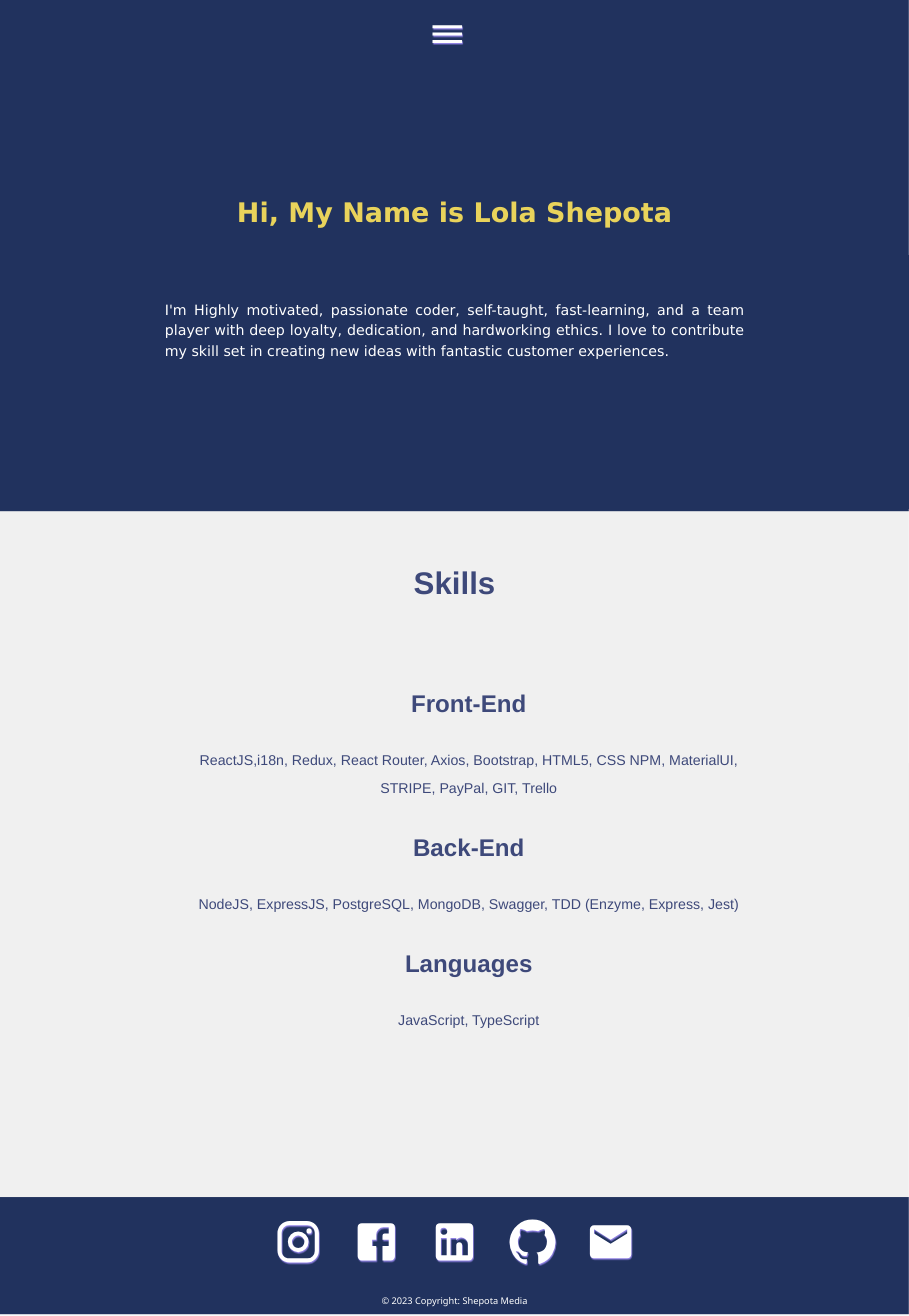
Repository: LolaSL/react-portfolio
Page: /
An editor plug-in stored every save of this project. The page is shown before and after the next save, followed by the edit.
The browser window is 1280 px wide. The pictures show the whole page, at 71% of full size.
The project was rebuilt for these pictures with package versions that can differ from the ones it lists, and the page was loaded fresh each time. Also part of the build but not shown: src/components/ProjectItem/ProjectItem.jsx, src/helpers/ProjectList.js, src/pages/Projects/Style.css, src/pages/Projects/Projects.jsx, src/pages/Experience/Style.css, src/pages/Experience/Experience.jsx, src/pages/ProjectDetail/ProjectDetail.jsx, src/pages/Contact/Style.css and 1 more.

Above is the page before, as saved 2023-07-01 20:04:37.

### src/App.js
import './App.css';
import { BrowserRouter as Router, Routes, Route } from 'react-router-dom';
import Home from './pages/Home/Home.jsx';
import Projects from './pages/Projects/Projects.jsx';
import Experience from './pages/Experience/Experience.jsx';
import Navbar from "./components/Navbar/Navbar.jsx";
import Footer from './components/Footer/Footer.jsx';
import ProjectDetail from './pages/ProjectDetail/ProjectDetail';
import Contact from './pages/Contact/Contact';


function App() {
  return (
    <div className="App">
      <Router>
      <Navbar />
        <Routes>
          <Route path="/" element={<Home />} />
          <Route path="/projects" element={<Projects />} />
          <Route path="/project/:id" element={<ProjectDetail />} />
          <Route path="/experience" element={<Experience />} />
          <Route path="/contact" element ={<Contact/>}/>
        </Routes>
        <Footer />
      </Router>
    </div>
  );
}

export default App;

### src/App.css
.App {
  width: 100%;
  height: auto;
  display: flex;
  flex-direction: column;
  font-family:'Segoe UI', Tahoma, Geneva, Verdana, sans-serif;
  background-color: #f0f0f0;
}

body {
  padding: 0;
  margin: 0;
}

### src/pages/Home/Home.jsx
import React from "react";
import "./Style.css";

const Home = () => {
  return (
    <div className="home">
      <div className="about">
        <h1> Hi, My Name is Lola Shepota</h1>
        <div className="prompt">
          <p>
             I'm Highly motivated, passionate
            coder, self-taught, fast-learning, and a team player with deep
            loyalty, dedication, and hardworking ethics. I love to contribute my
            skill set in creating new ideas with fantastic customer experiences.
          </p>
        </div>
      </div>
      <div className="skills">
        <h2> Skills</h2>
        <ol className="list">
          <li className="item">
            <h3> Front-End</h3>
            <span>
              ReactJS,i18n, Redux, React Router, Axios, Bootstrap, HTML5, CSS
              NPM, MaterialUI, STRIPE, PayPal, GIT, Trello
            </span>
          </li>
          <li className="item">
            <h3>Back-End</h3>
            <span>
              NodeJS, ExpressJS, PostgreSQL, MongoDB, Swagger, TDD (Enzyme,
              Express, Jest)
            </span>
          </li>
          <li className="item">
            <h3>Languages</h3>
            <span>JavaScript, TypeScript</span>
          </li>
        </ol>
      </div>
    </div>
  );
};

export default Home;

### src/components/Navbar/Navbar.jsx
import React, { useEffect, useState } from "react";
import { Link, useLocation } from "react-router-dom";
import DehazeIcon from "@mui/icons-material/Dehaze";
import "./Style.css";

const Navbar = () => {
  const [expandNavbar, setExpandNavbar] = useState(false);
  const location = useLocation();
  useEffect(() => {
    setExpandNavbar(false);
  }, [location]);
  return (
    <div className="navbar" id={expandNavbar ? "open" : "close"}>
      <div className="toggleButton">
        <button
          onClick={() => {
            setExpandNavbar((prev) => !prev);
          }}
        >
          <DehazeIcon />
        </button>
      </div>
      <div className="links">
        <Link to="/"> Home </Link>
        <Link to="/projects"> Projects </Link>
        <Link to="/experience"> Experience </Link>
        <Link to="/contact"> Contact </Link>
      </div>
    </div>
  );
};

export default Navbar;

### src/components/Footer/Footer.jsx
import React from "react";
import InstagramIcon from "@mui/icons-material/Instagram";
import FacebookIcon from "@mui/icons-material/Facebook";
import LinkedInIcon from "@mui/icons-material/LinkedIn";
import GitHubIcon from "@mui/icons-material/GitHub";
import EmailIcon from "@mui/icons-material/Email";
import "./Style.css";

const Footer = () => {
  return (
    <div className="footer">
      <div className="socialMedia">
        <InstagramIcon />
        <FacebookIcon />
        <LinkedInIcon />
        <GitHubIcon />
        <a href="mailto:lolashepota@gmail.com?subject=Mail from my Website">
            <EmailIcon />
          </a>
      </div>
      <div className="copyright">
        <p>&copy; {new Date().getFullYear()} Copyright: Shepota Media</p>
      </div>
    </div>
  );
};

export default Footer;

### src/pages/Home/Style.css
.home {
    width: 100%;
    align-items: center;
    font-family: "Helvetica Neue",Helvetica;
    color: #3e497a;


  }

  .about {
    width: 100%;
    height: calc(100vh - 100px);
    display: flex;
    flex-direction: column;
    justify-content: center;
    align-items: center;
    text-align: center;
    background-color: #21325e;
    color: #f0f0f0;
  }

  .about h1 {
    font-family:Verdana, Geneva, Tahoma, sans-serif;
    font-size: 38px;
    color: #e9d35b;
    height: 50px;
    margin-bottom: 25px;
  }

  .about .prompt {
    width: 50%;
    font-size: 30px;
  }
   .prompt p {
    font-size: 20px;
    text-align: justify;
    font-family: Verdana, Geneva, Tahoma, sans-serif;
    line-height: 29px;
    padding: 40px;
   }
  .skills {
    font-size: 35px;
    width: 100%;
    display: flex;
    justify-content: center;
    flex-direction: column;
    align-items: center;
    margin-top: 40px;
  }

  .skills h2 {
    color: #3e497a;
    font-size: 44px;
    margin-bottom: 40px;
  }
  .skills h3 {
    color: #3e497a;
    font-size: 34px;
    margin-top: 50px;;
  }

  .skills .list {
    list-style: none;
    width: 60%;
  }

  .list span {
    font-size: 20px;
  }


    .about .prompt {
      margin-top: 10px;
      font-size: 20px;
      width: 70%;
    }

    .skills {
      text-align: center;
    }


    @media only screen and (max-width: 1300px) {
      .about h2 {
        font-size: 48px;
      }

  }
    @media only screen and (max-width: 800px) {
      .about h2 {
        font-size: 38px;
      }

  }
    @media only screen and (max-width: 600px) {
      .about h2 {
        font-size: 28px;
      }
      .about .prompt {
        margin-top: 10px;
        font-size: 20px;
        width: 80%;
      }

      .skills {
        text-align: center;
      }
      .list {
        padding: 20px;
      }

      .skills h2 {
        font-size: 40px;
        margin-bottom: 20px;
      }
      .skills h3 {
        font-size: 30px;
        margin-top:30px;
      }
  }

### src/components/Navbar/Style.css
.navbar {
  width: 100%;
  height: 100px;
  background: #21325e;
}

.links {
  width: 100%;
  height: 100%;
  display: flex;
  align-items: center;
  justify-content: center;
  color: white;

}

.navbar a {
  color: white;
  margin: 20px;
  font-size: 25px;
  text-decoration: none;
}

.toggleButton {
  width: 100%;
  height: 100px;
  display: flex;
  align-items: center;
  justify-content: center;
}

.toggleButton svg {
  font-size: 50px;
}
.toggleButton button {
  margin-right: 20px;
  background-color: transparent;
  border: none;
  color: white;
  cursor: pointer;
}

#open {
  height: 55vh;
}

#open .links {
  flex-direction: column;
  /* justify-content: flex-start; */
  margin-top: 80px;
}

#open a {
  width: 100%;
  text-align: center;
}

@media only screen and (max-width: 900px) {
  .navbar a {
    width: 75px;
  }
}

@media only screen and (max-width: 600px) {
  .navbar.toggleButton {
    display: flex;
  }
  #close a {
    display: none;
  }
}

@media only screen and (min-width: 600px) {
  .navbar.toggleButton {
    display: none;
  }

  .hiddenLinks {
    display: none;
  }

  #open {
    height: 60px;
  }

  #open .links {
    flex-direction: row;
    display: flex;

  }
}

### src/components/Footer/Style.css
.footer {
    width: 100%;
    height: 155px;
    background: #21325e;
    display: flex;
    justify-content: center;
    align-items: center;
    flex-direction: column;
    padding-top: 10px;
    margin-top: 200px;
  }

  .socialMedia svg{
    color: white;
    margin: 20px;
    font-size: 70px;
    cursor: pointer;
  }

p {
    color: white;
    font-size: small;
  }

  @media only screen and (max-width: 600px) {
    .footer svg {
      font-size: 50px;
    }
  }

### src/pages/ProjectDetail/Style.css
.project {
  width: 100%;
  height: calc(100vh - 100px);
  display: flex;
  justify-content: center;
  align-items: center;
  flex-direction: column;
}

.project > h1 {
  margin-bottom: 50px;
  color: #3e497a;
  font-size: 2rem;
}
.project img {
  max-width: 700px;
  border-radius: 10px;
  margin-bottom: 40px;
}

.project h3 {
  font-size: 1rem;
  color: #3e497a;
  padding: 50px;
  text-align: justify;
}
a {
  text-decoration: none;
  color: rgb(11, 37, 185);
  font-weight: lighter;
}
a:hover {
  text-decoration: none;
  color: rgb(188, 188, 24);
  font-weight: bold;
  transition: all ease 0.3s;
  cursor: pointer;
  text-shadow: 0 0 0.625em rgb(203, 211, 56);
}
.project svg {
  font-size: 60px;
  color: #3e497a;
}
.project svg:hover {
  color: #2d2d84;
  cursor: pointer;
}
svg {
  filter: drop-shadow(1px 2px 1px rgb(144, 130, 227));
}
@media only screen and (max-width: 1300px) {
  .project img {
    max-width: 500px;
    border-radius: 8px;
  }
  h1 {
    font-size: 1.8rem;
  }
  h3 {
    font-size: 1.2rem;
  }
}

@media only screen and (max-width: 800px) {
  .project img {
    max-width: 374px;
    border-radius: 6px;
  }
  h1 {
    font-size: 1.5rem;
  }
  h3 {
    font-size: 0.5rem;
  }
}

Loaded but not shown: public/index.html (common file); src/index.js (common file); src/reportWebVitals.js (common file)

After the next save:
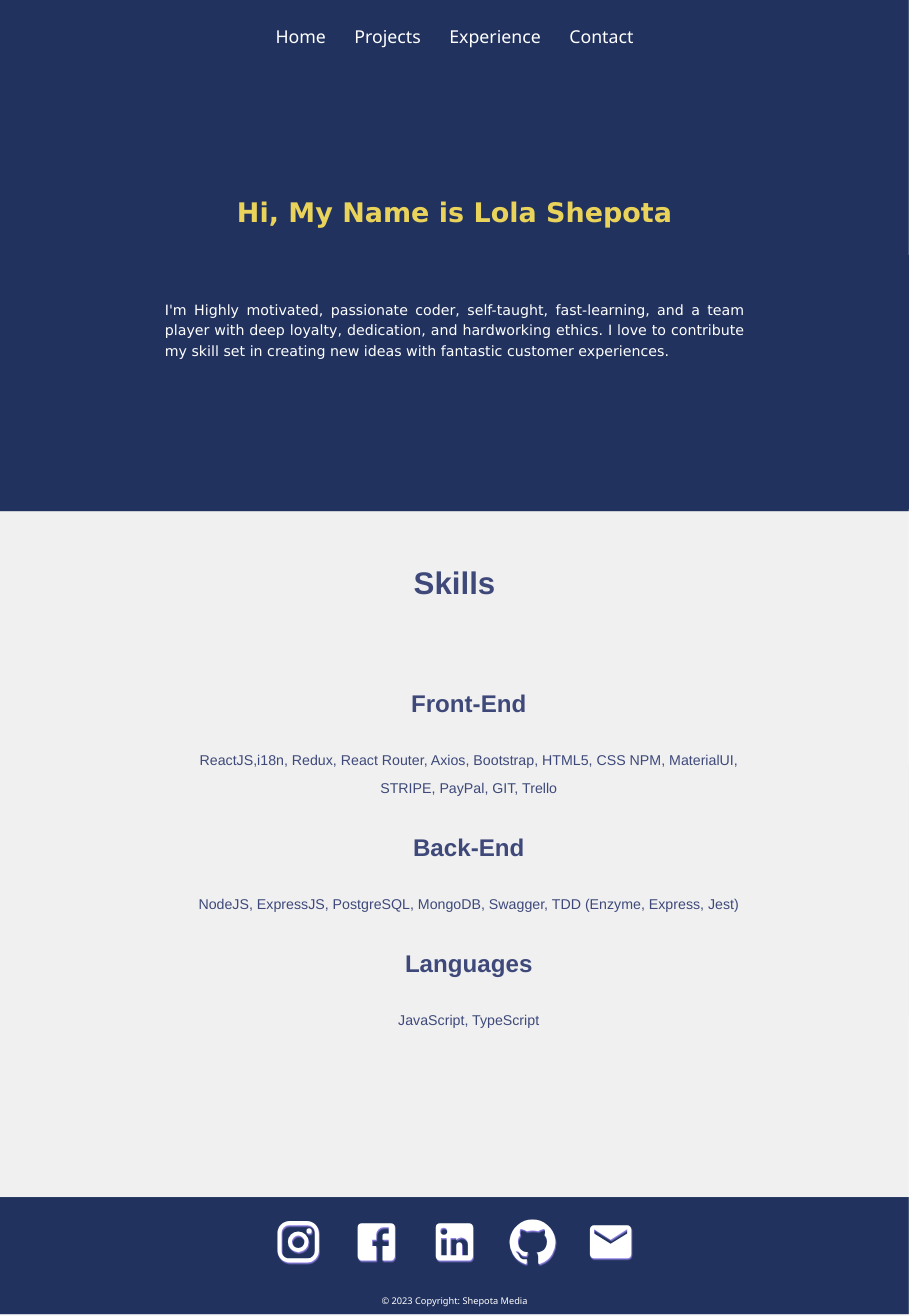
Saved 24 s later.
--- a/src/components/Navbar/Style.css
+++ b/src/components/Navbar/Style.css
@@ -71,7 +71,7 @@
 }
 
 @media only screen and (min-width: 600px) {
-  .navbar.toggleButton {
+.toggleButton {
     display: none;
   }
 

After the 2 saves that followed:
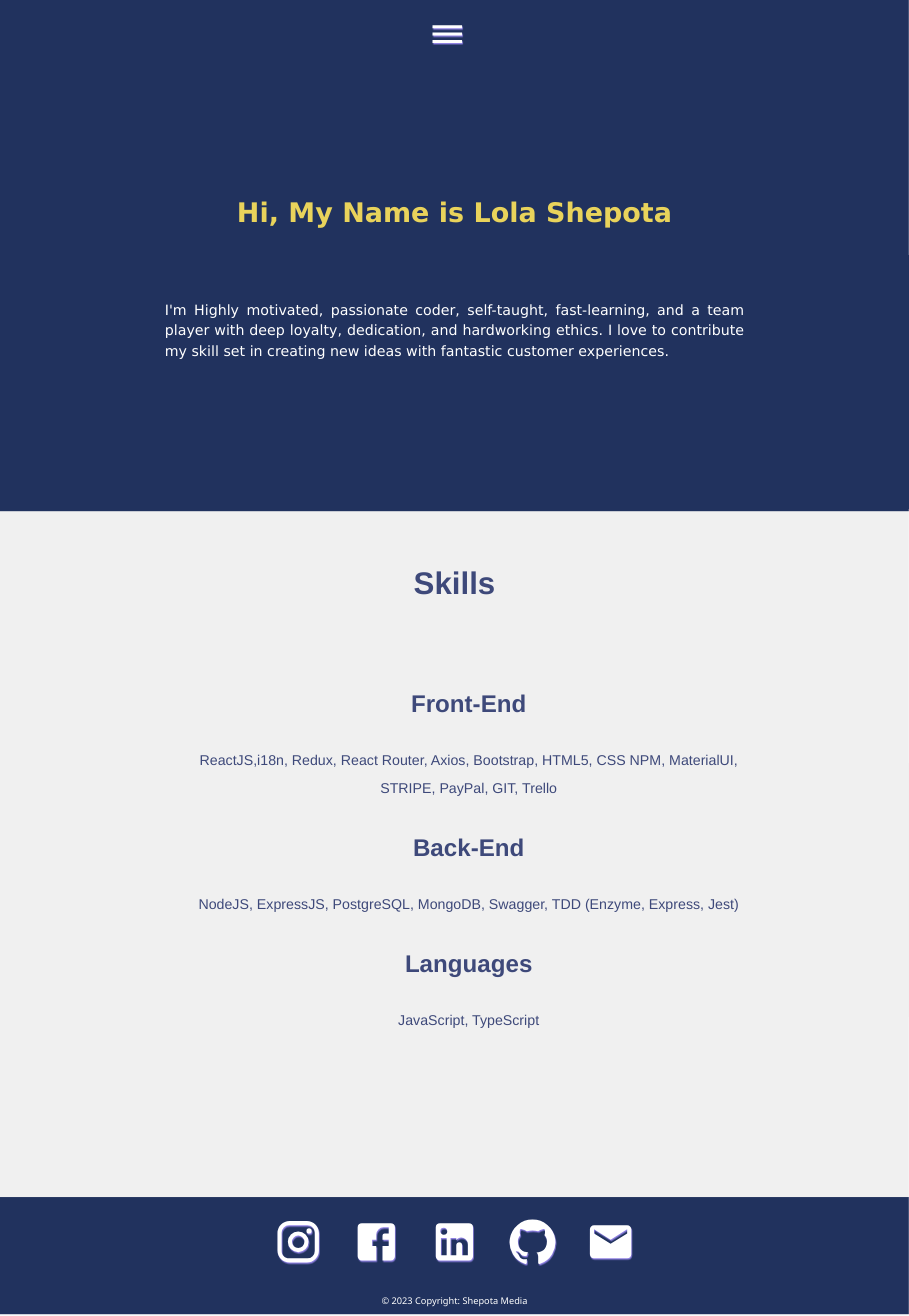
The 2 saves are shown as one change because 1 left the picture as it was.
The last was saved 57 s later.
--- a/src/components/Navbar/Style.css
+++ b/src/components/Navbar/Style.css
@@ -62,7 +62,7 @@
 }
 
 @media only screen and (max-width: 600px) {
-  .navbar.toggleButton {
+.toggleButton {
     display: flex;
   }
   #close a {
@@ -71,9 +71,9 @@
 }
 
 @media only screen and (min-width: 600px) {
-.toggleButton {
+/* .toggleButton {
     display: none;
-  }
+  } */
 
   .hiddenLinks {
     display: none;
